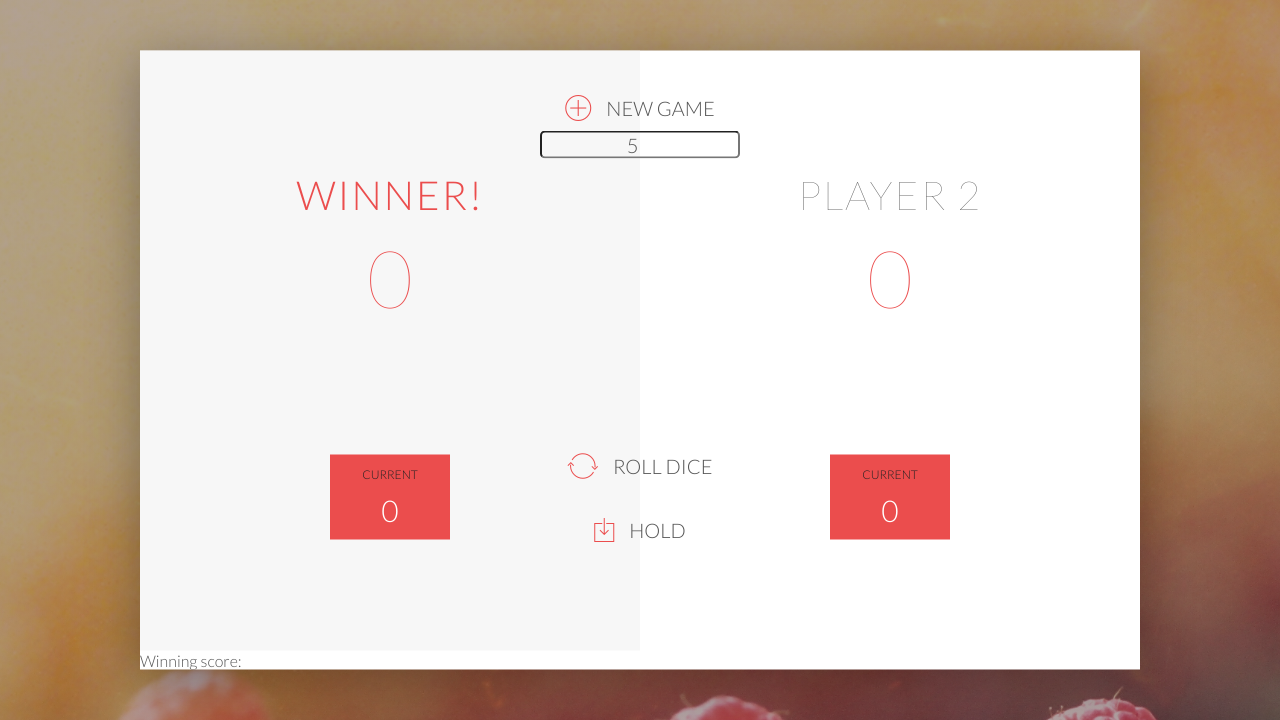
Repository: hexanek/hexanek.github.io
Page: pig-game/index.html
These files come from the project's save history. The page is drawn as it stood at one moment and after the next save; the edit follows.
The browser window is 1280 px wide. The pictures show the whole page.
Empty fields were first filled with sample values (such as "Sample", 5 or name@example.com).
After loading, the first visible `button.btn-hold` was clicked once.

Above is the page before, as saved 2019-12-20 00:01:59.

After the next save:
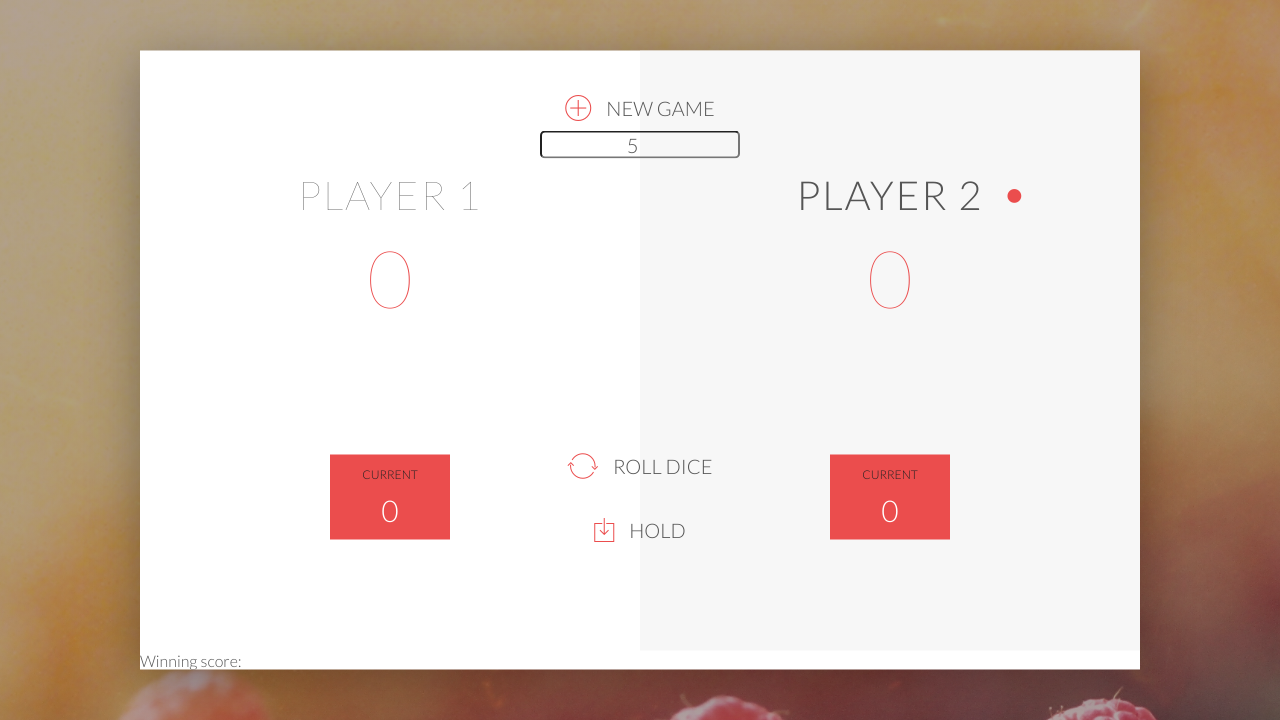
Saved 5 min 52 s later.
--- a/pig-game/app.js
+++ b/pig-game/app.js
@@ -53,6 +53,13 @@ document.querySelector('.btn-hold').addEventListener('click', function(){
     scores[activePlayer] += roundScore;
     document.querySelector('#score-' + activePlayer).textContent = scores[activePlayer];
 
+    var input = document.getElementById('winScore').value;
+    if(input){
+        winScore = input;
+    } else{
+        winScore = 100;
+    }
+
 
     if (scores[activePlayer] >= winScore) {
         document.getElementById('name-' + activePlayer).textContent = 'Winner!';
@@ -107,7 +114,6 @@ function init(){
     document.querySelector('.player-0-panel').classList.remove('active');
     document.querySelector('.player-1-panel').classList.remove('active');
     document.querySelector('.player-0-panel').classList.add('active');
-    winScore = document.getElementById('winScore').value;
 
 
 }
